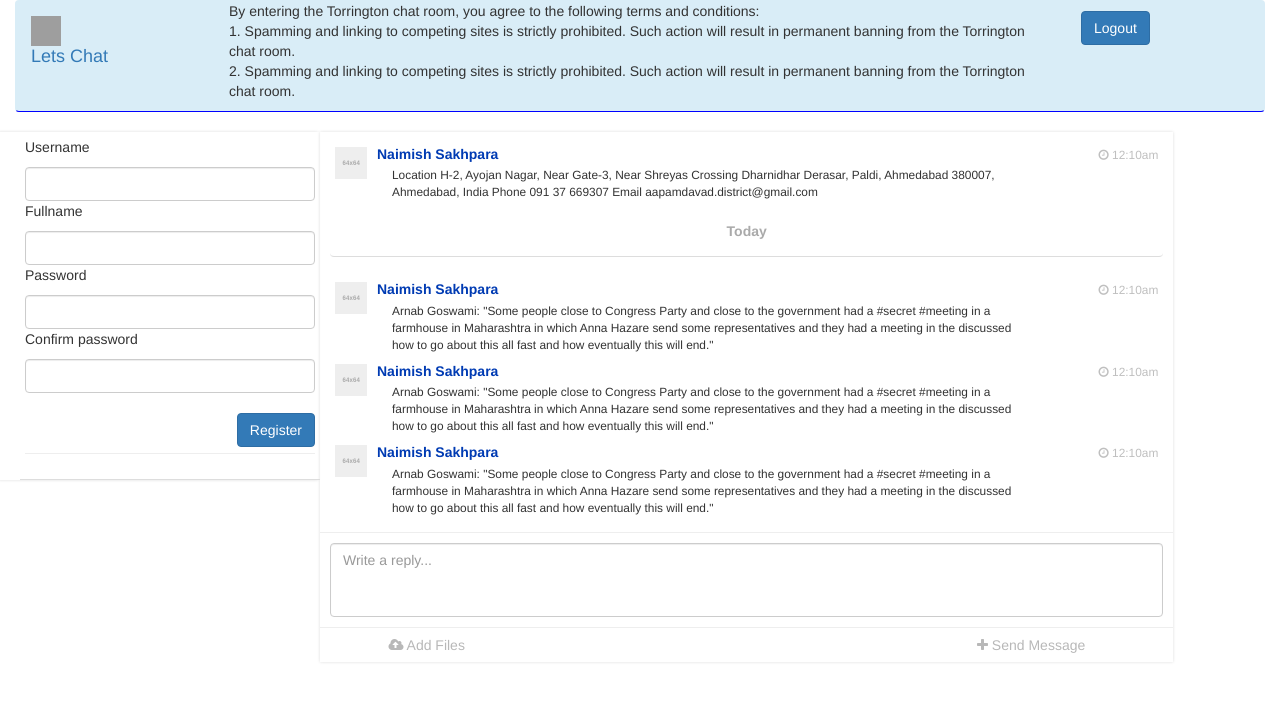
Repository: muazzamkha95/NodeChatApp
Page: chat.html
The author's editor kept a copy of each file at every save. The page is drawn from the files as they stood at one save, then again after a run of saves.
The browser window is 1280 px wide. The pictures show the whole page.
Pictures or frames that could not be fetched are drawn as grey boxes. Some web libraries are served in a nearby version.

Above is the page before, as saved 2020-03-24 02:26:55.
Console error (its wording comes from the project's code and is left out).

### chat.html
<!DOCTYPE html>
<html lang="en">
<head>
    <meta charset="UTF-8">
    <meta name="viewport" content="width=device-width, initial-scale=1.0">
    <title>Lets Chat</title>
    <link href="//netdna.bootstrapcdn.com/bootstrap/3.0.3/css/bootstrap.min.css" rel="stylesheet" id="bootstrap-css">
    <script src="//netdna.bootstrapcdn.com/bootstrap/3.0.3/js/bootstrap.min.js"></script>

    <!------ Include the above in your HEAD tag ---------->
    <link href="//netdna.bootstrapcdn.com/font-awesome/4.0.3/css/font-awesome.css" rel="stylesheet">
    <link href="/public/css/newChat.css" rel="stylesheet">


</head>
<body>


<div class="container-fluid">
    <nav class="navbar navbar-light  navbar-expand-lg" style="background: #d9edf7; border-bottom: 1px solid blue;">
        <div class="row">
            <div class="col-md-2">
                <a class="navbar-brand" href="#">
                    <img src="https://lh3.googleusercontent.com/proxy/_35CqQu1hqym468QzGTTNrxHJavpZIXrcwv-J6VexcNCN05GHzSAl_TgU7c-xp58QcJd8vtJyWQALNTWcnGdql86FlaBJL-1DmcCkRS1DJ8" width="30" height="30" class="d-inline-block align-top" alt="">
                    Lets Chat
                  </a>
            </div>
            <div class="col-md-8 ">
                <p style="text-align: left;">
                    By entering the Torrington chat room, you agree to the following terms and conditions:
                   <br/>
                    1. Spamming and linking to competing sites is strictly prohibited. Such action will result in permanent banning from the Torrington chat room.
                   <br/>
                   2. Spamming and linking to competing sites is strictly prohibited. Such action will result in permanent banning from the Torrington chat room.
               </p>
            </div>
            <div class="col-md-2">
                <button class="btn btn-primary" style="margin-top: 10px;">Logout</button>
            </div>
        </div>

      </nav>


    <div class="row">

        <div class="conversation-wrap col-lg-3 " style="padding-left: 20px;">

            <div class="media conversation">
                <form method="post" action="/register">
                    <p class="lable">Username </p>
                    <input class="form-control" type="text" name="username">
                    <p class="lable">Fullname      </p>
                    <input class="form-control" type="text" name="fullname">
                    <p class="lable">Password </p>
                    <input class="form-control" type="password" name="password">
                    <p class="lable">Confirm password </p>
                    <input class="form-control" type="password" name="confirm-password"><br>
                    <input class="btn btn-primary pull-right" type="submit" value="Register">
                    <br><hr>
                </form>
            </div>

        </div>



        <div class="message-wrap col-lg-8">
            <div class="msg-wrap">


                <div class="media msg ">
                    <a class="pull-left" href="#">
                        <img class="media-object" data-src="holder.js/64x64" alt="64x64" style="width: 32px; height: 32px;" src="data:[embedded picture, 1006 characters]">
                    </a>
                    <div class="media-body">
                        <small class="pull-right time"><i class="fa fa-clock-o"></i> 12:10am</small>
                        <h5 class="media-heading">Naimish Sakhpara</h5>
                        <small class="col-lg-10">Location H-2, Ayojan Nagar, Near Gate-3, Near
                            Shreyas Crossing Dharnidhar Derasar,
                            Paldi, Ahmedabad 380007, Ahmedabad,
                            India
                            Phone 091 37 669307
                            Email aapamdavad.district@gmail.com</small>
                    </div>
                </div>
                <div class="alert alert-info msg-date">
                    <strong>Today</strong>
                </div>
                <div class="media msg">
                    <a class="pull-left" href="#">
                        <img class="media-object" data-src="holder.js/64x64" alt="64x64" style="width: 32px; height: 32px;" src="data:[embedded picture, 1006 characters]">
                    </a>
                    <div class="media-body">
                        <small class="pull-right time"><i class="fa fa-clock-o"></i> 12:10am</small>

                        <h5 class="media-heading">Naimish Sakhpara</h5>
                        <small class="col-lg-10">Arnab Goswami: "Some people close to Congress Party and close to the government had a #secret #meeting in a farmhouse in Maharashtra in which Anna Hazare send some representatives and they had a meeting in the discussed how to go about this all fast and how eventually this will end."</small>
                    </div>
                </div>
                <div class="media msg">
                    <a class="pull-left" href="#">
                        <img class="media-object" data-src="holder.js/64x64" alt="64x64" style="width: 32px; height: 32px;" src="data:[embedded picture, 1006 characters]">
                    </a>
                    <div class="media-body">
                        <small class="pull-right time"><i class="fa fa-clock-o"></i> 12:10am</small>

                        <h5 class="media-heading">Naimish Sakhpara</h5>
                        <small class="col-lg-10">Arnab Goswami: "Some people close to Congress Party and close to the government had a #secret #meeting in a farmhouse in Maharashtra in which Anna Hazare send some representatives and they had a meeting in the discussed how to go about this all fast and how eventually this will end."</small>
                    </div>
                </div>

                <div class="media msg">
                    <a class="pull-left" href="#">
                        <img class="media-object" data-src="holder.js/64x64" alt="64x64" style="width: 32px; height: 32px;" src="data:[embedded picture, 1006 characters]">
                    </a>
                    <div class="media-body">
                        <small class="pull-right time"><i class="fa fa-clock-o"></i> 12:10am</small>
                        <h5 class="media-heading">Naimish Sakhpara</h5>

                        <small class="col-lg-10">Arnab Goswami: "Some people close to Congress Party and close to the government had a #secret #meeting in a farmhouse in Maharashtra in which Anna Hazare send some representatives and they had a meeting in the discussed how to go about this all fast and how eventually this will end."</small>
                    </div>
                </div>

            </div>

            <div class="send-wrap ">

                <textarea class="form-control send-message" rows="3" placeholder="Write a reply..."></textarea>


            </div>
            <div class="btn-panel">
                <a href="" class=" col-lg-3 btn   send-message-btn " role="button"><i class="fa fa-cloud-upload"></i> Add Files</a>
                <a href="" class=" col-lg-4 text-right btn   send-message-btn pull-right" role="button"><i class="fa fa-plus"></i> Send Message</a>
            </div>
        </div>
    </div>
</div>
</body>
<script src="//code.jquery.com/jquery-1.11.1.min.js"></script>
</html>

### public/css/newChat.css
.conversation-wrap
{
    box-shadow: -2px 0 3px #ddd;
    padding:0;
    max-height: 400px;
    overflow: auto;
}
.conversation
{
    padding:5px;
    border-bottom:1px solid #ddd;
    margin:0;

}

.message-wrap
{
    box-shadow: 0 0 3px #ddd;
    padding:0;

}
.msg
{
    padding:5px;
    /*border-bottom:1px solid #ddd;*/
    margin:0;
}
.msg-wrap
{
    padding:10px;
    max-height: 400px;
    overflow: auto;

}

.time
{
    color:#bfbfbf;
}

.send-wrap
{
    border-top: 1px solid #eee;
    border-bottom: 1px solid #eee;
    padding:10px;
    /*background: #f8f8f8;*/
}

.send-message
{
    resize: none;
}

.highlight
{
    background-color: #f7f7f9;
    border: 1px solid #e1e1e8;
}

.send-message-btn
{
    border-top-left-radius: 0;
    border-top-right-radius: 0;
    border-bottom-left-radius: 0;

    border-bottom-right-radius: 0;
}
.btn-panel
{
    background: #f7f7f9;
}

.btn-panel .btn
{
    color:#b8b8b8;

    transition: 0.2s all ease-in-out;
}

.btn-panel .btn:hover
{
    color:#666;
    background: #f8f8f8;
}
.btn-panel .btn:active
{
    background: #f8f8f8;
    box-shadow: 0 0 1px #ddd;
}

.btn-panel-conversation .btn,.btn-panel-msg .btn
{

    background: #f8f8f8;
}
.btn-panel-conversation .btn:first-child
{
    border-right: 1px solid #ddd;
}

.msg-wrap .media-heading
{
    color:#003bb3;
    font-weight: 700;
}


.msg-date
{
    background: none;
    text-align: center;
    color:#aaa;
    border:none;
    box-shadow: none;
    border-bottom: 1px solid #ddd;
}


body::-webkit-scrollbar {
    width: 12px;
}


/* Let's get this party started */
::-webkit-scrollbar {
    width: 6px;
}

/* Track */
::-webkit-scrollbar-track {
    -webkit-box-shadow: inset 0 0 6px rgba(0,0,0,0.3);
/*        -webkit-border-radius: 10px;
    border-radius: 10px;*/
}

/* Handle */
::-webkit-scrollbar-thumb {
/*        -webkit-border-radius: 10px;
    border-radius: 10px;*/
    background:#ddd;
    -webkit-box-shadow: inset 0 0 6px rgba(0,0,0,0.5);
}
::-webkit-scrollbar-thumb:window-inactive {
    background: #ddd;
}

After the next 6 saves:
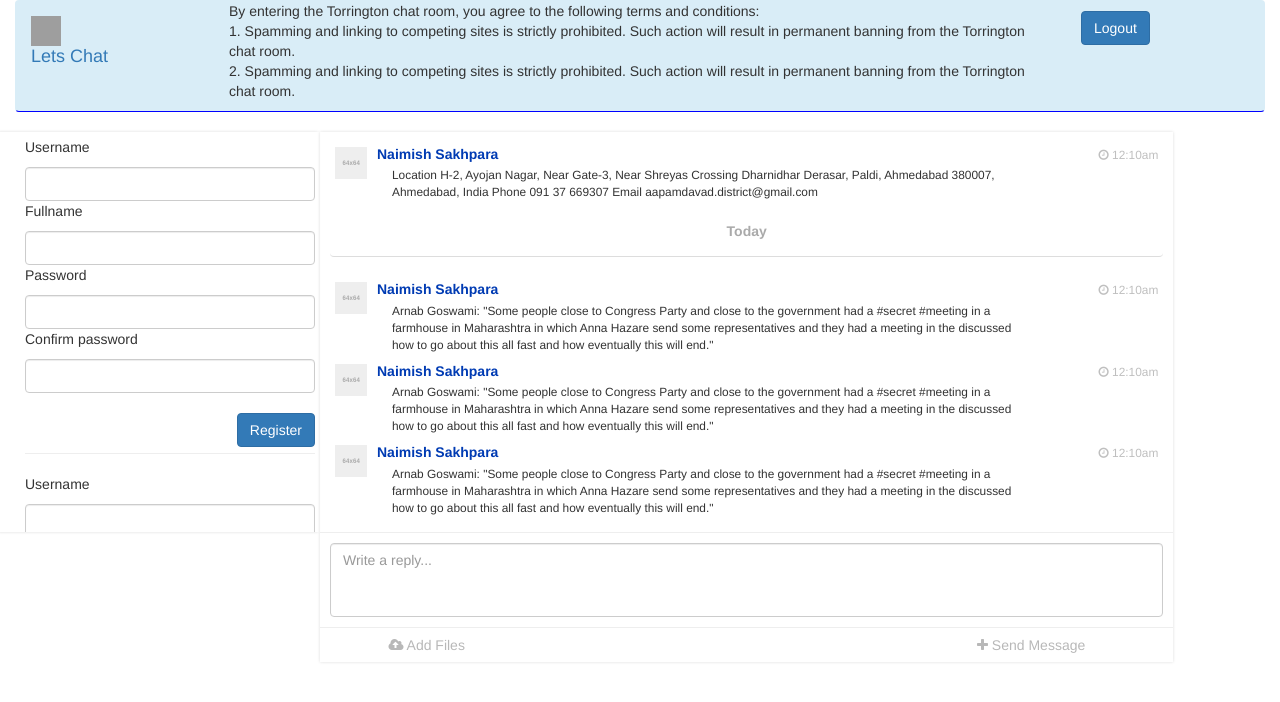
The 6 saves are shown as one change because they came seconds apart.
The last was saved 28 s later.
--- a/chat.html
+++ b/chat.html
@@ -58,6 +58,13 @@
                     <input class="form-control" type="password" name="confirm-password"><br>
                     <input class="btn btn-primary pull-right" type="submit" value="Register">
                     <br><hr>
+                </form>
+
+                <form method="post" action="/login">
+                    <p class="lable">Username </p>
+                    <input class="form-control" type="text" name="username">
+                    <p class="lable">Password </p>
+                    <input class="form-control" type="password" name="password"><br><input class="btn btn-primary pull-right" type="submit" value="Login">
                 </form>
             </div>
 
